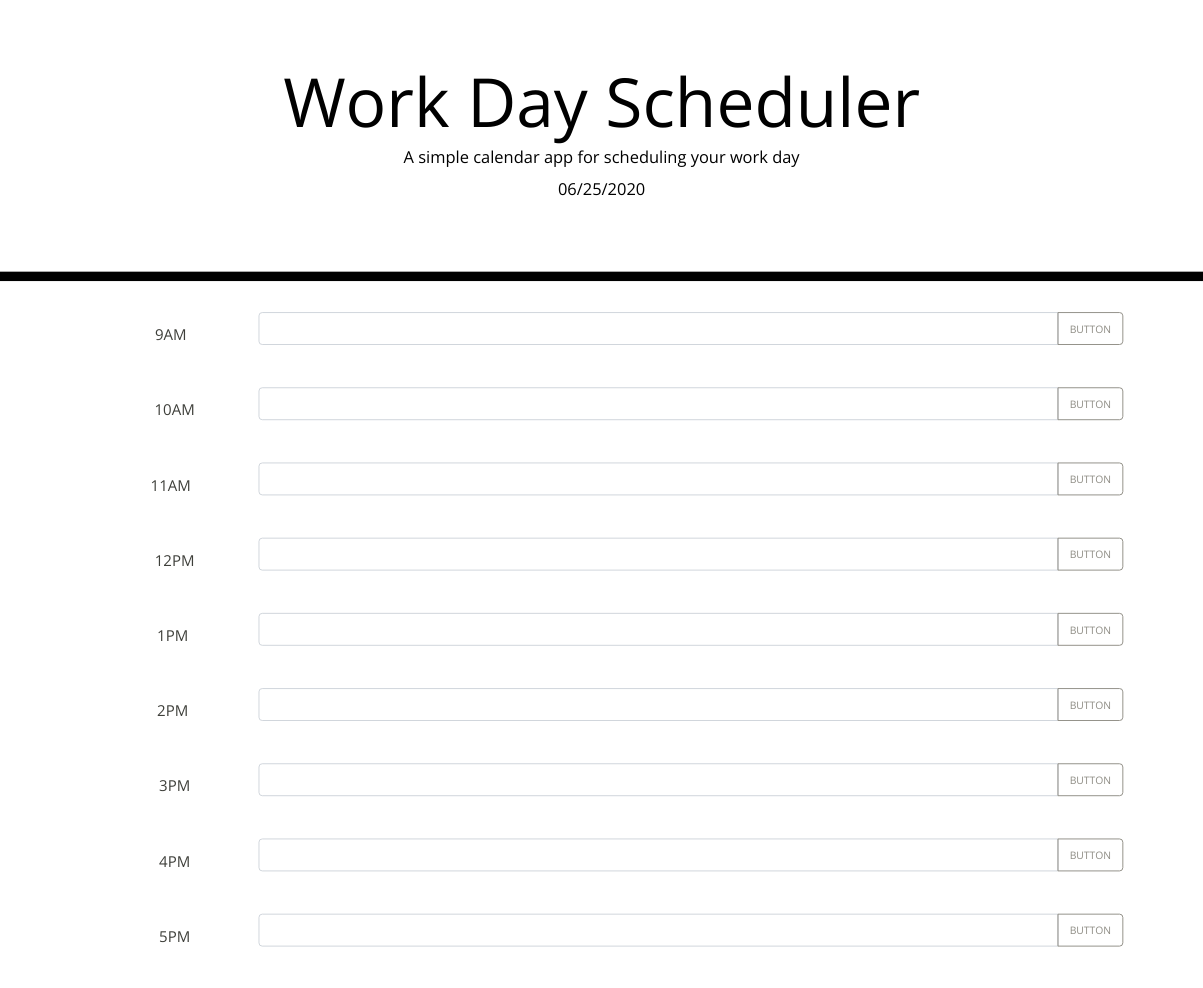
Repository: himaja830/Day-Planner
Page: Develop/index.html
These files come from the project's save history. The page is drawn as it stood at one moment and after the next save; the edit follows.
The browser window is 1280 px wide. The pictures show the whole page, at 94% of full size.
Some web libraries are served in a nearby version.

Above is the page before, as saved 2020-06-25 14:56:26.
Not found: Develop/riccardo-chiarini-2VDa8bnLM8c-unsplash (1).jpg

After the next save:
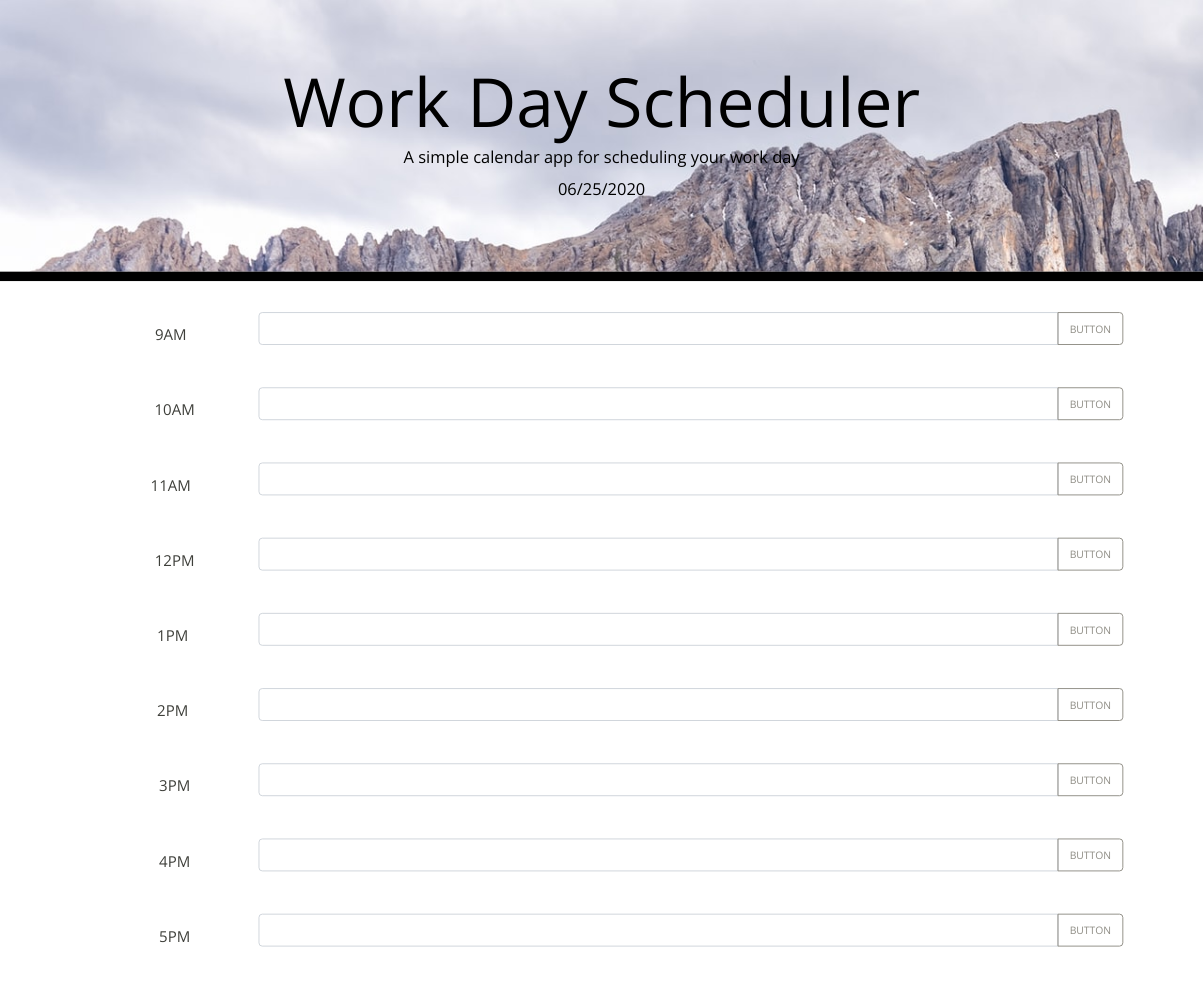
Saved 94 s later.
--- a/Develop/style.css
+++ b/Develop/style.css
@@ -20,7 +20,7 @@ textarea{
   color: black;
   border-radius: 0;
   border-bottom: 10px solid black;
-  background-image: url("riccardo-chiarini-2VDa8bnLM8c-unsplash (1).jpg");
+  background-image: url("riccardo-chiarini-2VDa8bnLM8c-unsplash (2).jpg");
 }
 
 .description{
